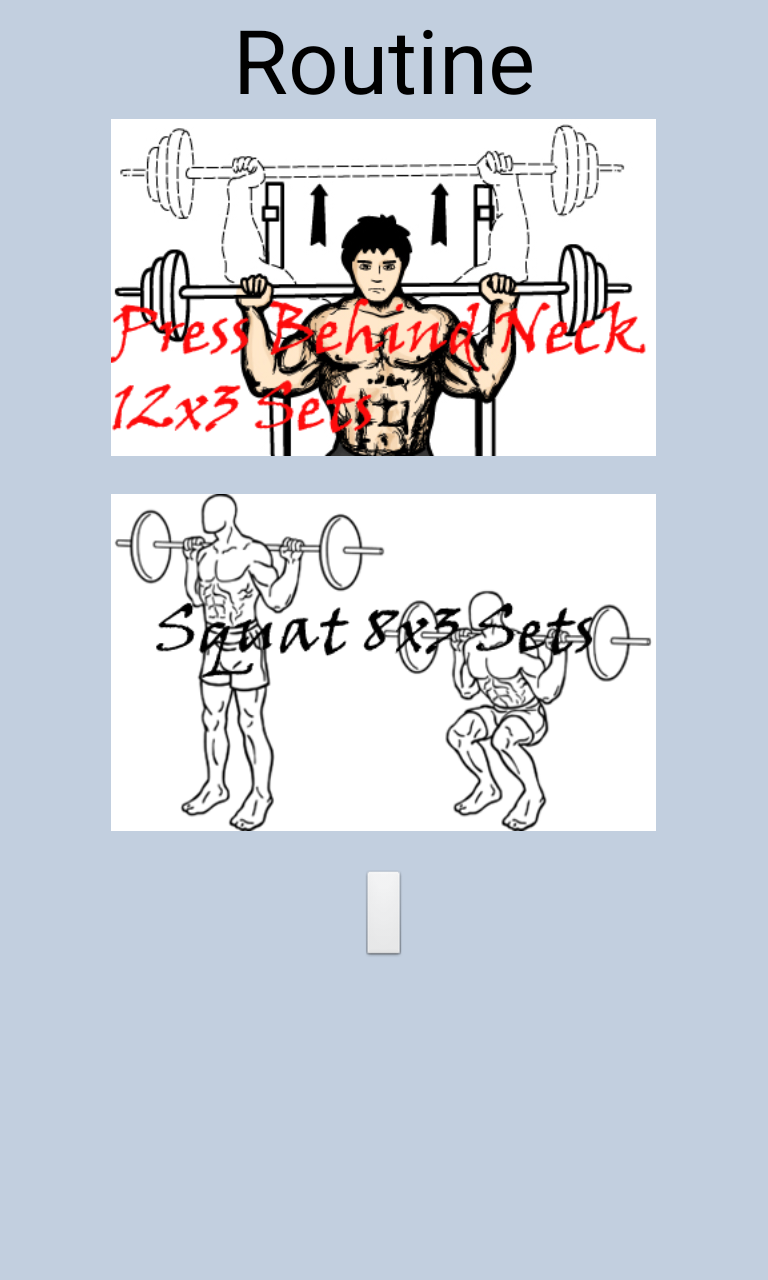
Repository: parinya1968/My-project
Layout: DroidWork/getBig/res/layout/viewr.xml
These files come from the project's save history. The layout is drawn as it stood at one moment and after a run of saves; the edit follows.
It is drawn on a 768 x 1280 px phone screen (xhdpi) without system bars, with theme android:Theme.NoTitleBar.Fullscreen; the app's code is not run.

Above is the layout before, as saved 2012-06-20 07:04:41.

After the next 2 saves:
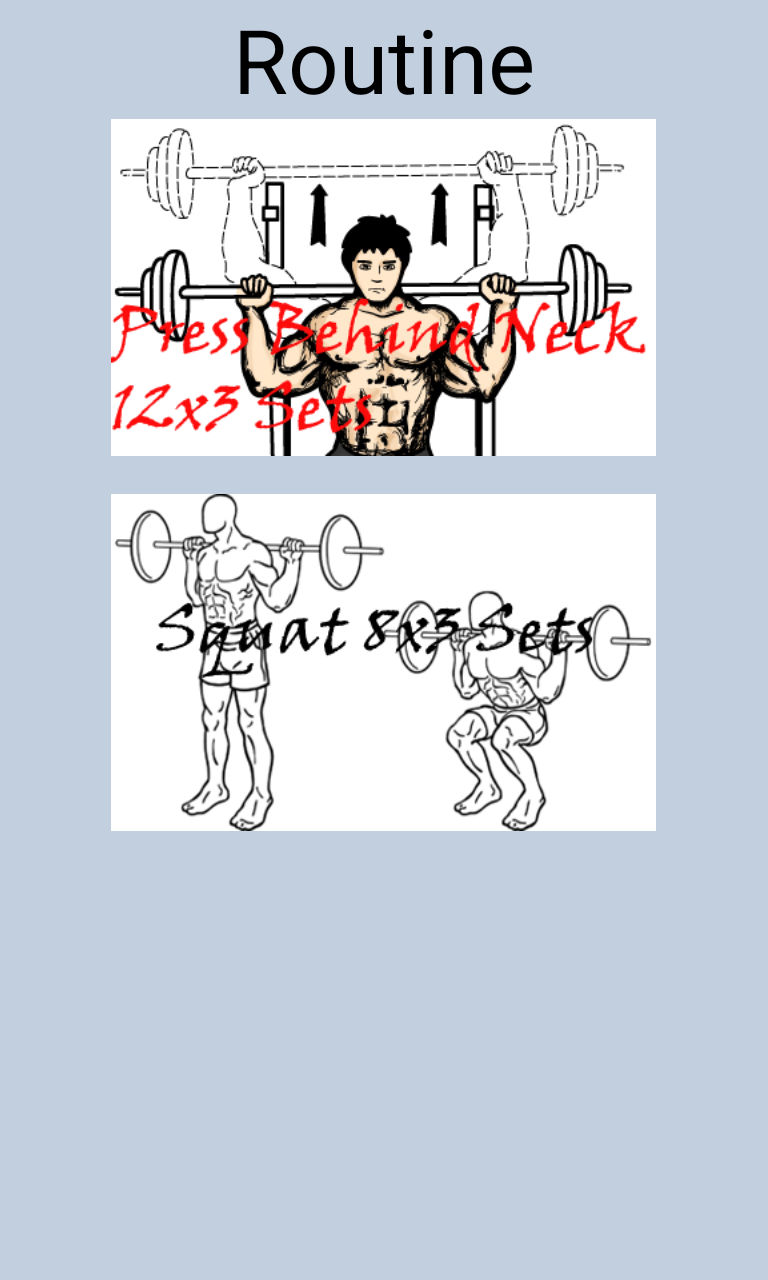
The 2 saves are shown as one change because 1 did not build or start.
The last was saved 41 s later.
--- a/DroidWork/getBig/res/layout/viewr.xml
+++ b/DroidWork/getBig/res/layout/viewr.xml
@@ -41,5 +41,6 @@
         android:layout_width="wrap_content"
         android:layout_height="wrap_content"
         android:layout_gravity="center"
-         />
+        android:background="@android:color/transparent"
+        android:drawableTop="@" />
 </LinearLayout>
